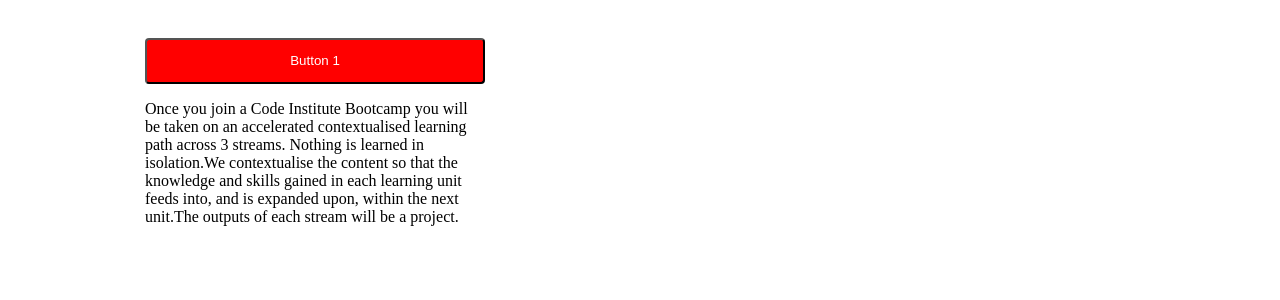
Repository: loosenthedark/CI_jquery-command-chaining-challenge
Page: button.html
The author's editor kept a record of every edit. The page is drawn from the files as they stood at one moment, then again after the next edit.
The browser window is 1280 px wide. The pictures show the whole page.
Some web libraries are served in a nearby version.

Above is the page before.

### button.html
<!doctype html>
<html lang="en">
<head>
	<meta charset="utf-8">
	<meta name="viewport" content="width=device-width, initial-scale=1">
	<title>jQuery</title>
	<link href="css/style.css" rel="stylesheet">
</head>
<body>
	<div id="container">
		<div class='card'>
			<button id='button1' class="bottom_button makeRed">Button 1</button>
			<p id='para1' class="card_para">Once you join a Code Institute Bootcamp you will be taken on an accelerated contextualised learning path across 3 streams. Nothing is learned in isolation.We contextualise the content so that the knowledge and skills gained in each learning unit feeds into, and is expanded upon, within the next unit.The outputs of each stream will be a project. </p>
		</div>
	</div>
	<script src="https://code.jquery.com/jquery-3.2.1.js"
	integrity="sha256-DZAnKJ/6XZ9si04Hgrsxu/8s717jcIzLy3oi35EouyE="
	crossorigin="anonymous"></script>
	<script src="js/script.js"></script> <!-- Scripts located at the bottom of the body to insure page is fully loaded before execution -->

</body>
</html>

### css/style.css
#container
{
	display: flex;		/* makes container a flexbox*/
	flex-flow: row wrap; 	/* layout the boxes in rows and wrap them*/
	box-sizing:border-box;
	margin-right:auto;
	margin-left:auto;
	max-width:1050px;
}
.bottom_button{
	display: flex;
	box-sizing:border-box;
	border-radius: 4px;
	display: block;
	width: 100%;
	background-color:rgba(129, 187, 201,.85);
	text-align: center;
	padding: 1em .75em;
	text-decoration: none;
	color: #fff;

}

.card_bottom{
	display: flex;
	flex-flow:column;
}

.card{
	flex:1; /* */
	display: flex;	/* make the contents controllable by flexbox*/
	flex-flow:column;	/* */
	max-width: 340px; /**/
	margin: 10px;
	padding: 20px;
	background-color: #fff;
}

.makeRed {
    background: red;
}

.makeBorder {
    border: 2px solid black;
}


/*************************
Navigation
**************************/


.underline{
  text-decoration:underline;
}
.border{
  border: solid 5px #ccc;
}

### js/script.js
$(document).ready(function() {
    $('button').mouseenter(function() {
        $('button').removeClass('makeRed').addClass('makeBorder');
    });
    $('button').mouseleave(function() {
        $('button').removeClass('makeBorder').addClass('makeRed');
    });

    $('button').click(function() {
        $('p').slideUp(2000, 'linear', function() {

        }).slideDown(3000);
    });
});

After the next edit:
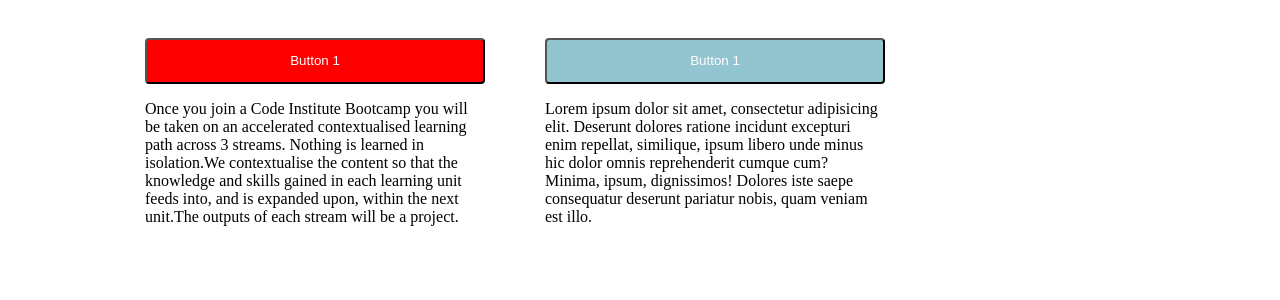
The edit:
--- a/button.html
+++ b/button.html
@@ -12,6 +12,10 @@
 			<button id='button1' class="bottom_button makeRed">Button 1</button>
 			<p id='para1' class="card_para">Once you join a Code Institute Bootcamp you will be taken on an accelerated contextualised learning path across 3 streams. Nothing is learned in isolation.We contextualise the content so that the knowledge and skills gained in each learning unit feeds into, and is expanded upon, within the next unit.The outputs of each stream will be a project. </p>
 		</div>
+		<div class='card'>
+			<button id='button2' class="bottom_button">Button 1</button>
+			<p id='para2' class="card_para">Lorem ipsum dolor sit amet, consectetur adipisicing elit. Deserunt dolores ratione incidunt excepturi enim repellat, similique, ipsum libero unde minus hic dolor omnis reprehenderit cumque cum? Minima, ipsum, dignissimos! Dolores iste saepe consequatur deserunt pariatur nobis, quam veniam est illo.</p>
+		</div>
 	</div>
 	<script src="https://code.jquery.com/jquery-3.2.1.js"
 	integrity="sha256-DZAnKJ/6XZ9si04Hgrsxu/8s717jcIzLy3oi35EouyE="
